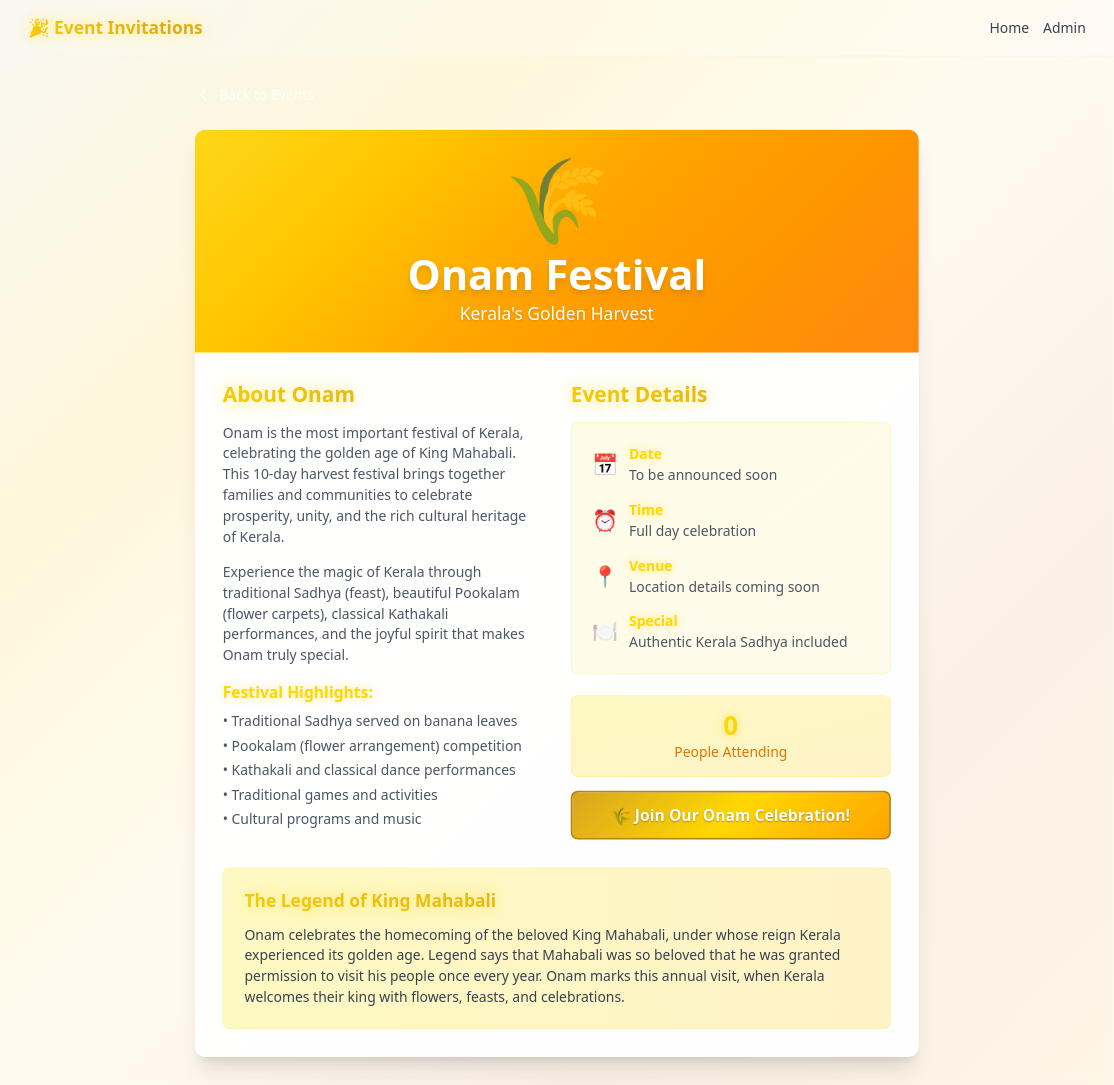
Repository: nanduldas/invitation
Page: http://localhost/event/onam
The author's editor kept a copy of each file at every save. The page is drawn from the files as they stood at one save, then again after the next save.
The browser window is 1280 px wide. The pictures show the whole page, at 87% of full size.
Some web libraries are served in a nearby version. The page is served by the project's Laravel application, run on PHP 8.4 with Laravel 12. Queries for data that is not in the repository find no rows.

Above is the page before, as saved 2025-08-23 00:06:47.

After the next save:
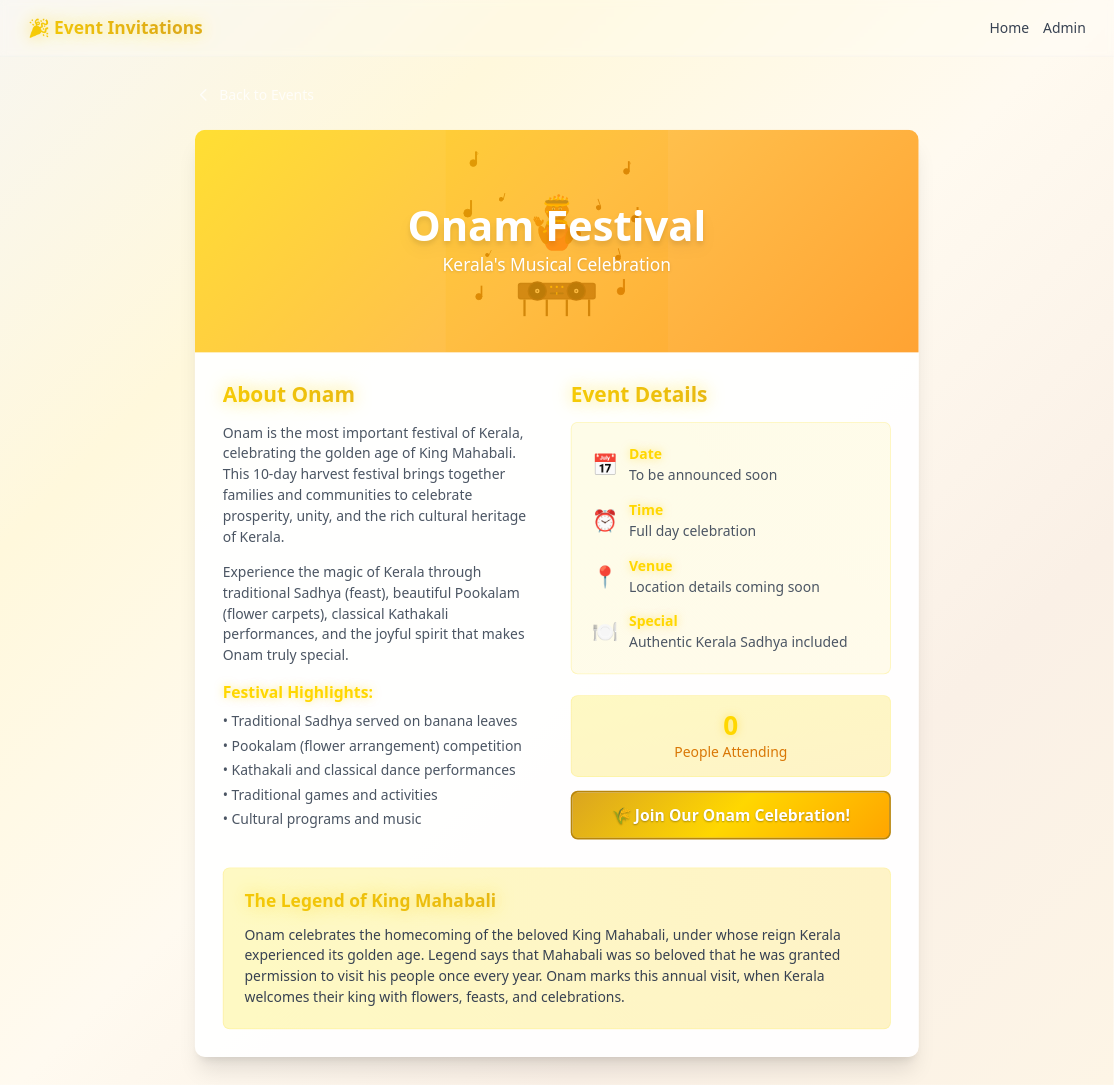
Saved 12 s later.
--- a/resources/views/events/show.blade.php
+++ b/resources/views/events/show.blade.php
@@ -111,12 +111,11 @@
     @else
         <!-- Onam Event Details -->
         <div class="bg-white/95 rounded-xl shadow-xl overflow-hidden">
-            <div class="gradient-onam h-64 relative">
+            <div class="bg-onam-theme h-64 relative">
                 <div class="onam-overlay h-full flex items-center justify-center">
                     <div class="text-center text-white">
-                        <div class="text-8xl mb-4">🌾</div>
                         <h1 class="text-4xl md:text-5xl font-bold drop-shadow-lg">Onam Festival</h1>
-                        <p class="text-xl mt-2 drop-shadow">Kerala's Golden Harvest</p>
+                        <p class="text-xl mt-2 drop-shadow">Kerala's Musical Celebration</p>
                     </div>
                 </div>
             </div>
